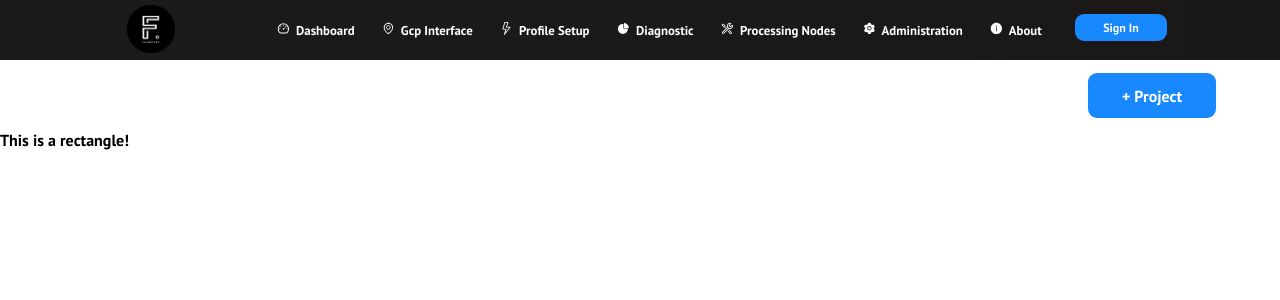
Repository: Akshaykumar1111/akki
Page: /Dashboard
An editor plug-in stored every save of this project. The page is shown before and after the next save, followed by the edit.
The browser window is 1280 px wide. The pictures show the whole page.
Some web libraries are served in a nearby version. The project was rebuilt for these pictures with package versions that can differ from the ones it lists, and the page was loaded fresh each time. Also part of the build but not shown: src/components/pages/Administration.css, src/components/pages/Administration.js, src/components/pages/Diagnostic.js, src/components/pages/ProfileSetup.js, src/components/pages/GcpInterface.js, src/components/pages/ProcessingNodes.js, src/components/pages/About.js, src/components/pages/Popup.css and 7 more.

Above is the page before, as saved 2022-10-20 10:44:02.

After the next save:
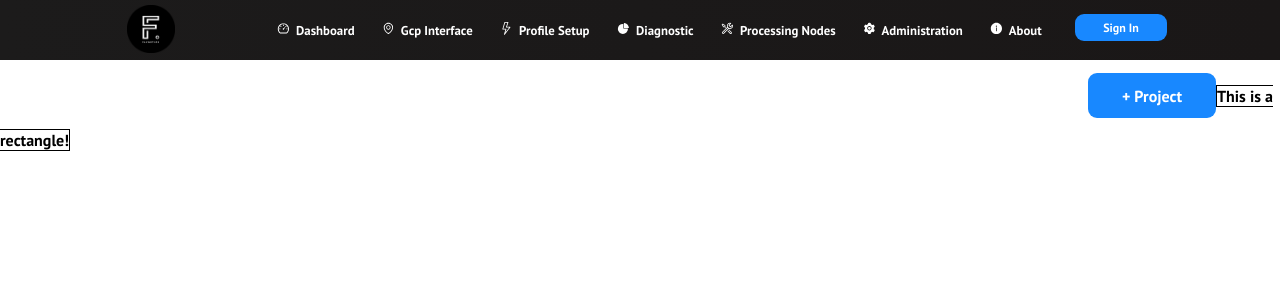
Saved 13 s later.
--- a/src/components/pages/Dashboard.js
+++ b/src/components/pages/Dashboard.js
@@ -8,7 +8,7 @@ export default function Dashboard() {
   return ( <>
 
   <button type="button" className='btn projectbtn'>+ Project</button>
-  <div>This is a rectangle! </div>
+  <div11>This is a rectangle! </div11>
   </>
   )
  }
